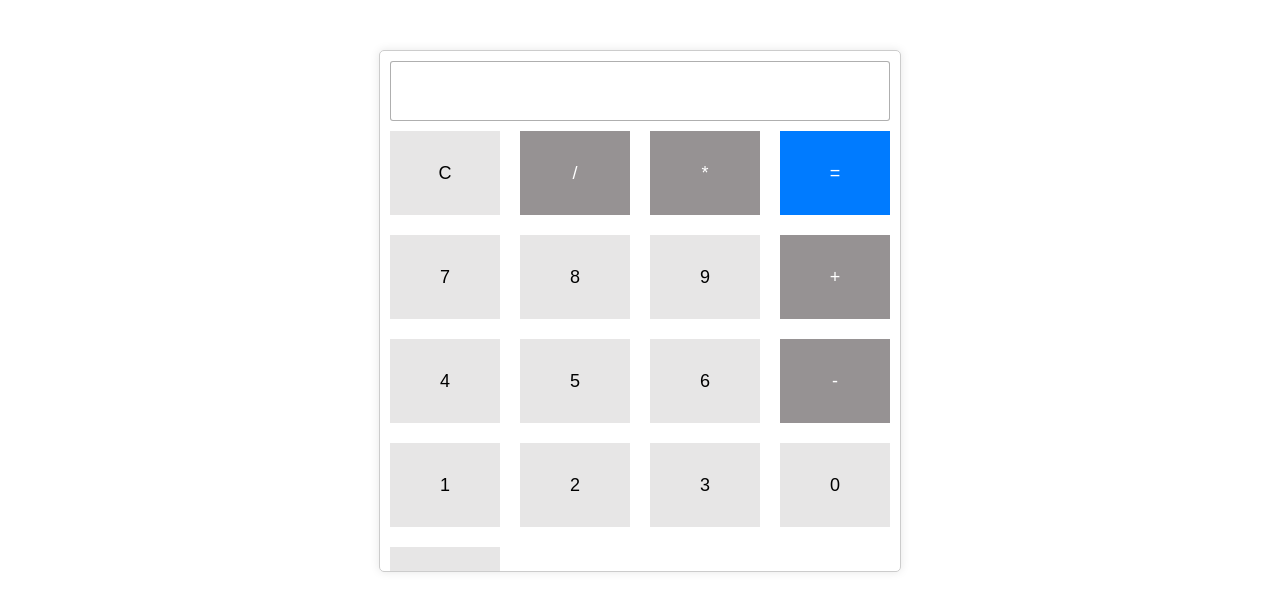
Repository: om9011/calculator
Page: index.html
The author's editor kept a copy of each file at every save. The page is drawn from the files as they stood at one save, then again after the next save.
The browser window is 1280 px wide. The pictures show the whole page.

Above is the page before, as saved 2024-02-21 11:21:32.

After the next save:
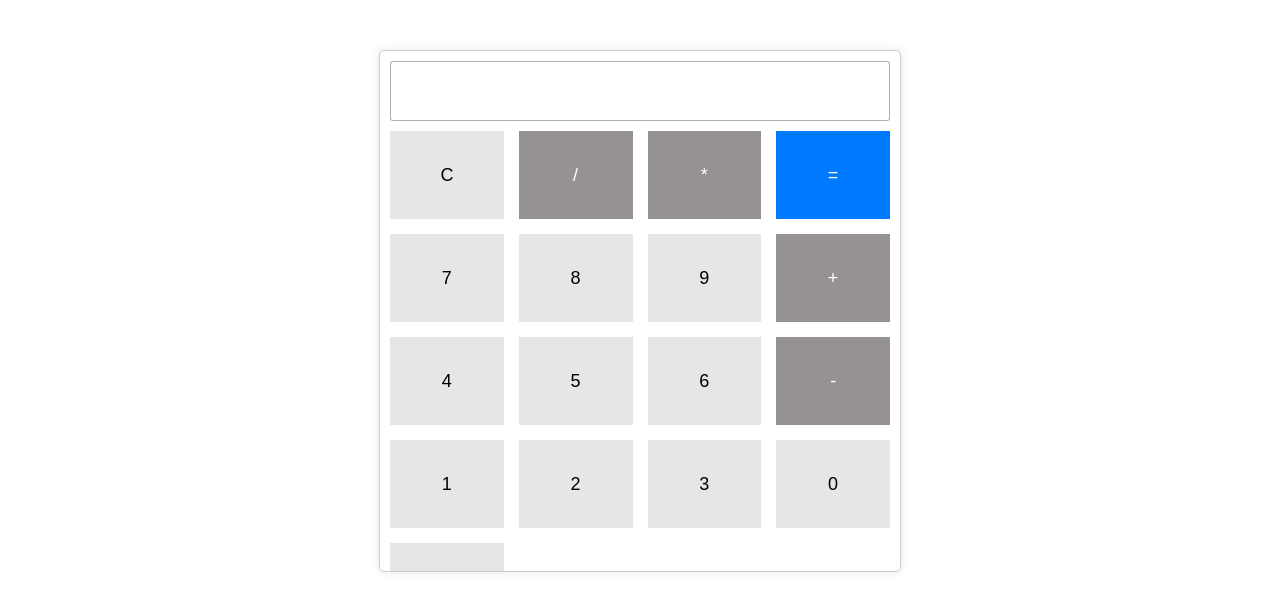
Saved 8 s later.
--- a/styles.css
+++ b/styles.css
@@ -23,7 +23,7 @@
 .buttons {
   display: grid;
   grid-template-columns: repeat(4, 1fr);
-  gap: 20px;
+  gap: 15px;
   height: 100%;
 }
 
